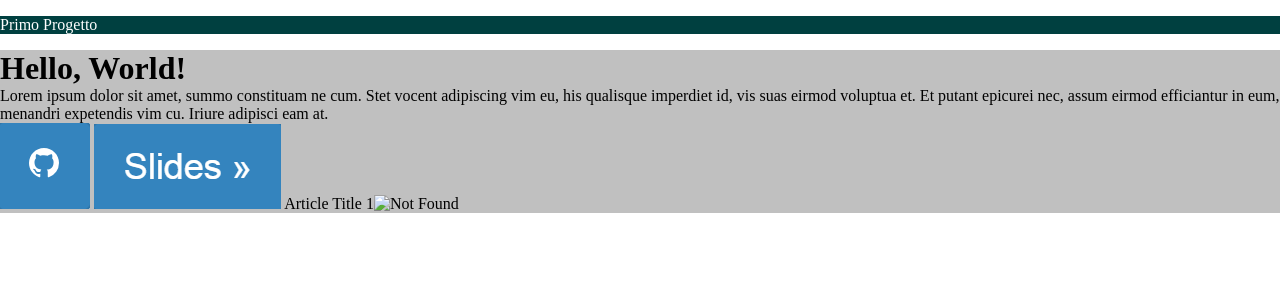
Repository: AndreaGuastaferro/Repository_Andrea_Guastaferro_Front
Page: cartella_html/NUOVO_HTML/ProgettoFinale.html
An editor plug-in stored every save of this project. The page is shown before and after the next save, followed by the edit.
The browser window is 1280 px wide. The pictures show the whole page.

Above is the page before, as saved 2018-10-22 16:27:29.

After the next save:
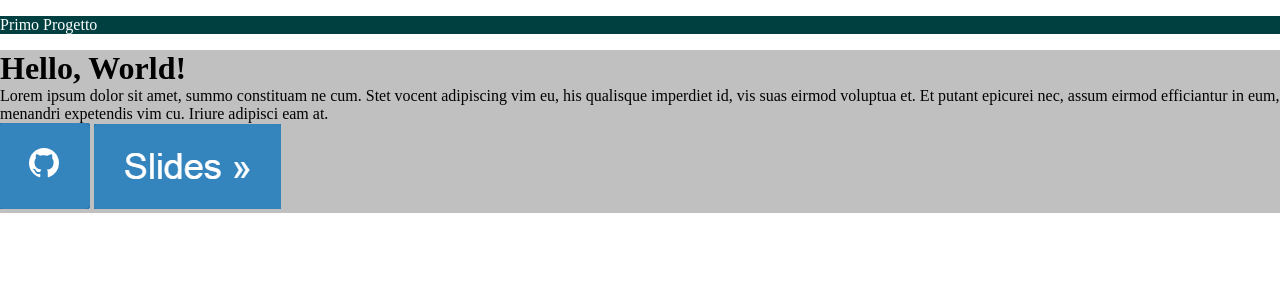
Saved 77 s later.
--- a/cartella_html/NUOVO_HTML/ProgettoFinale.html
+++ b/cartella_html/NUOVO_HTML/ProgettoFinale.html
@@ -21,8 +21,6 @@
 	 		<span class="Span_uno"> <a href="https://it-it.facebook.com"><img alt="Not Found"  src="img/progetto finale_imm1.png"></a></span>
 	 		<span class="Span_due"> <a href="http://www.irpinianews.it"><img alt="Not Found"  src="img/progetto finale_imm2.png"></a></span>
 
-	 		<span class="Span_tre"> Article Title 1<img alt="Not Found" src= ""> </span>
-
 	 	</div>
 	 </div>
 </body>
